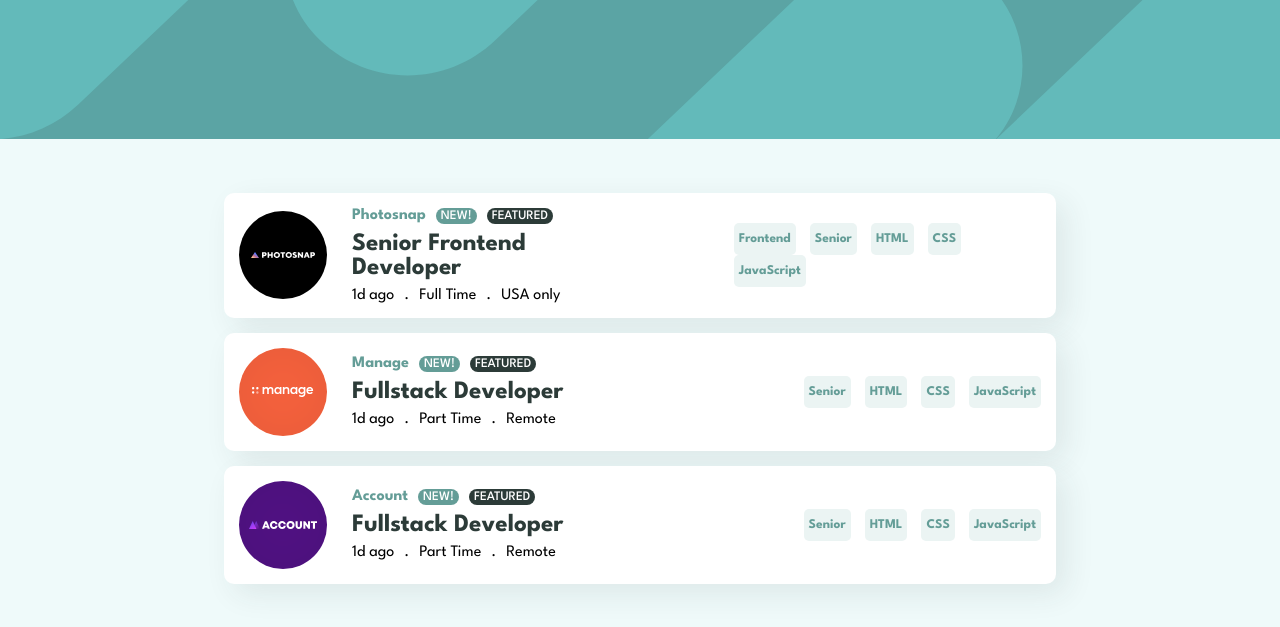
Repository: Eldream12/JobListing
Page: index.html
The author's editor kept a copy of each file at every save. The page is drawn from the files as they stood at one save, then again after the next save.
The browser window is 1280 px wide. The pictures show the whole page.

Above is the page before, as saved 2025-03-31 21:59:54.

After the next save:
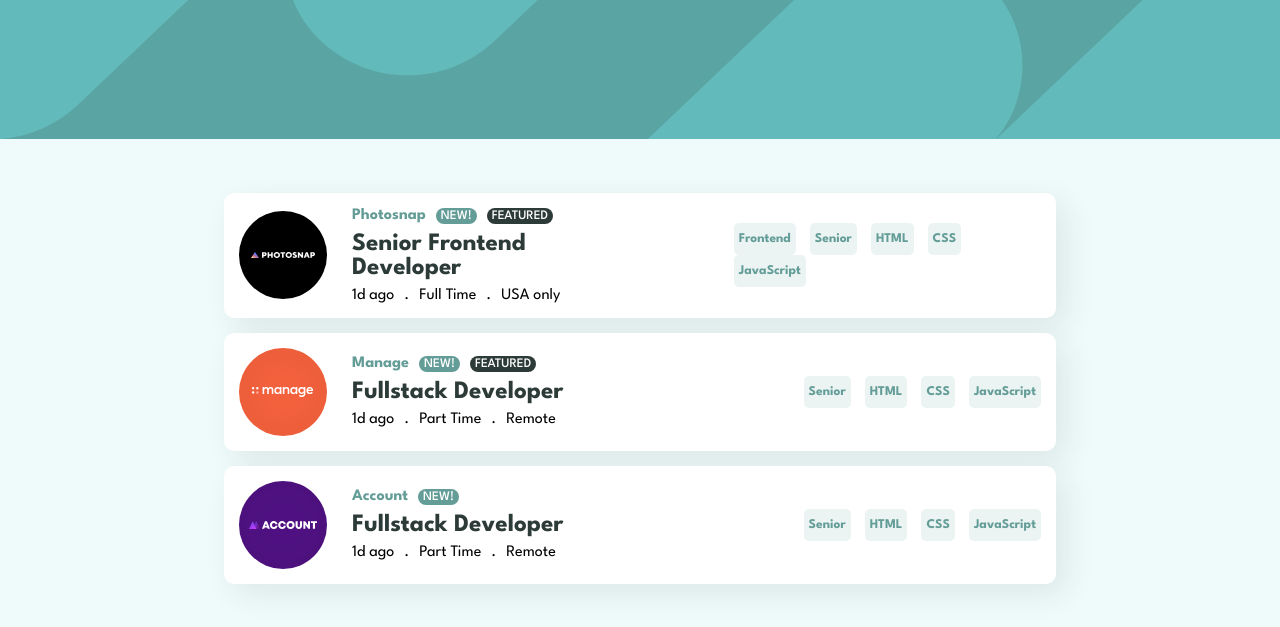
Saved 7 s later.
--- a/index.html
+++ b/index.html
@@ -96,7 +96,7 @@
 									<button>NEW!</button>
 								</div>
 								<div class="btn-2">
-									<button>FEATURED</button>
+									<!-- <button>FEATURED</button> -->
 								</div>
 							</div>
 							<div class="txt-2">
